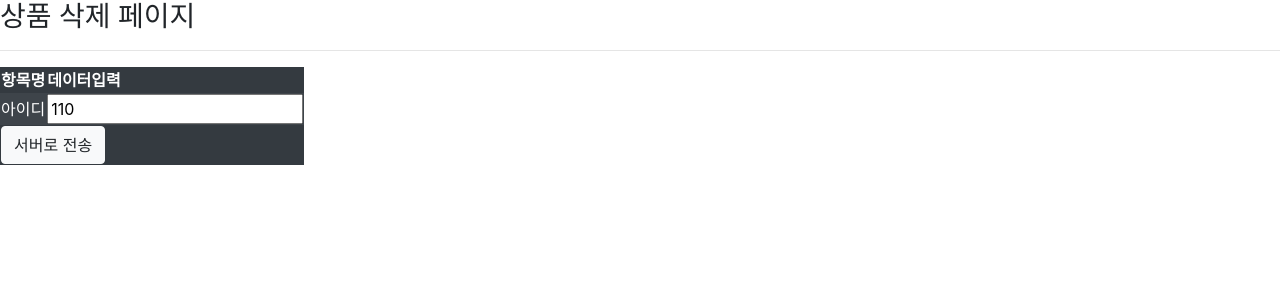
Repository: Hugh-KR/JSP_Project
Page: JSP_Project/src/main/webapp/product_delete.html
An editor plug-in stored every save of this project. The page is shown before and after the next save, followed by the edit.
The browser window is 1280 px wide. The pictures show the whole page.

Above is the page before, as saved 2022-11-08 01:47:32.

### JSP_Project/src/main/webapp/product_delete.html
<!DOCTYPE html>
<html>
<head>
<meta charset="UTF-8">
<title>Insert title here</title>
<!-- CDN방식으로 연결하자! -->
<link 	rel="stylesheet"
		href="https://cdn.jsdelivr.net/npm/bootstrap@4.6.1/dist/css/bootstrap.min.css">
</head>
<body>
<h3>상품 삭제 페이지</h3>
<hr>
<form action="product_insert.jsp">
<table class="table-dark table-striped">
    <thead>
      <tr>
        <th>항목명</th>
        <th>데이터입력</th>
      </tr>
    </thead>
    <tbody>
      <tr>
        <td>아이디</td>
        <td>
        	<input name="id" value="110">
		</td>
      </tr>
      <tr>
        <td colspan="2">
        	<button type="submit" class = "btn btn-light">서버로 전송</button>
        </td>

      </tr>
    </tbody>
  </table>
  </form>
</body>
</html>

After the next save:
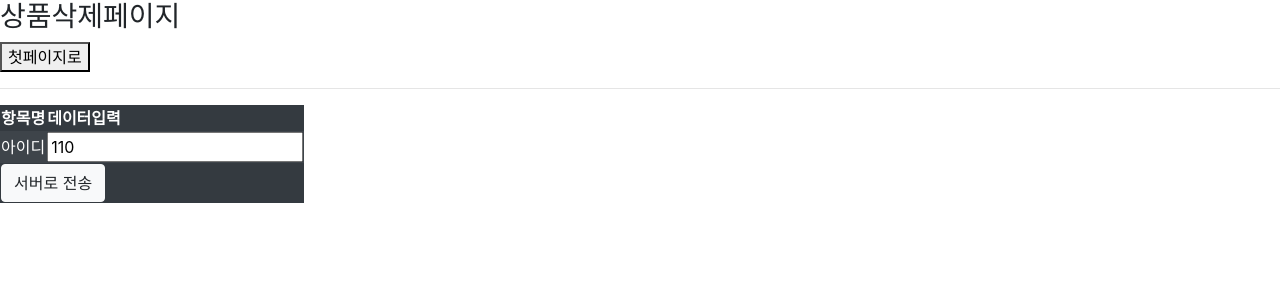
Saved 2 min 52 s later.
--- a/JSP_Project/src/main/webapp/product_delete.html
+++ b/JSP_Project/src/main/webapp/product_delete.html
@@ -8,7 +8,10 @@
 		href="https://cdn.jsdelivr.net/npm/bootstrap@4.6.1/dist/css/bootstrap.min.css">
 </head>
 <body>
-<h3>상품 삭제 페이지</h3>
+<h3>상품삭제페이지</h3>
+<a href = "product.html">
+  <button>첫페이지로</button>
+  </a>
 <hr>
 <form action="product_insert.jsp">
 <table class="table-dark table-striped">
